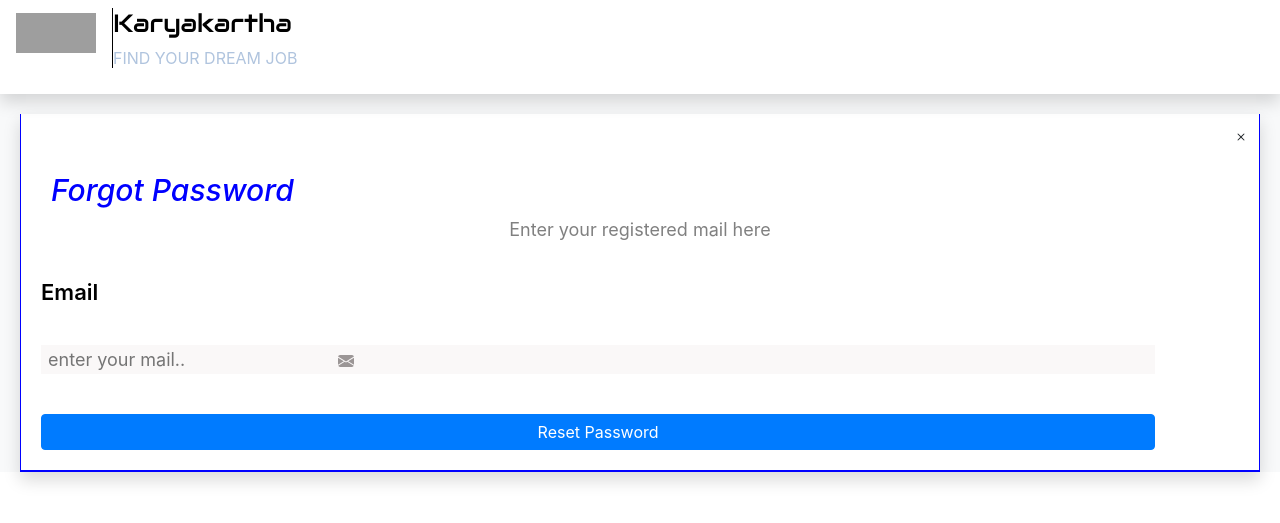
Repository: siri548/Karyakartha
Page: forgotPage.html
The author's editor kept a copy of each file at every save. The page is drawn from the files as they stood at one save, then again after the next save.
The browser window is 1280 px wide. The pictures show the whole page.
Pictures or frames that could not be fetched are drawn as grey boxes.

Above is the page before, as saved 2023-11-04 18:51:24.
Console error (its wording comes from the project's code and is left out).

After the next save:
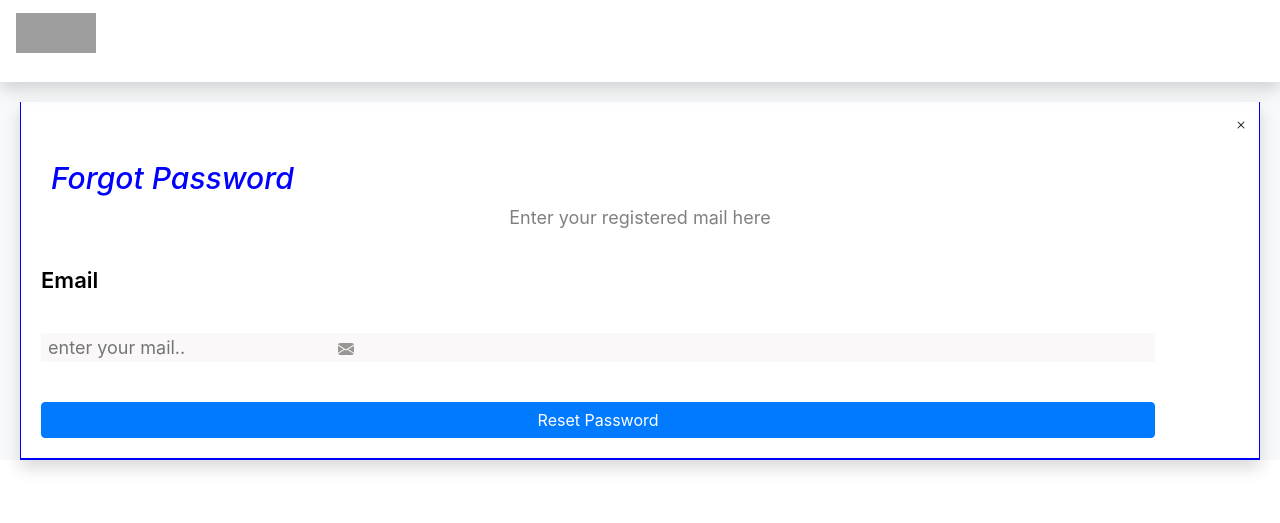
Saved 40 s later.
--- a/forgotPage.html
+++ b/forgotPage.html
@@ -26,26 +26,19 @@
 
 
                     </a>
-                </div>
-                <div class="forgotPage-verticlelineBrandname">
-                </div>
-                <div>
-                    <h1 class="karykartaname">Karyakartha </h1>
-                    <p class="karyakartha-tagline">FIND YOUR DREAM JOB</p>
-                </div>
-            </div> <button class=" navbar-toggler " type="button " data-toggle="collapse " data-target="#navbarNavAltMarkup " aria-controls="navbarNavAltMarkup " aria-expanded="false " aria-label="Toggle navigation ">
+                    <button class=" navbar-toggler " type="button " data-toggle="collapse " data-target="#navbarNavAltMarkup " aria-controls="navbarNavAltMarkup " aria-expanded="false " aria-label="Toggle navigation ">
                     <span class="navbar-toggler-icon "></span>
                     </button>
-            <div class="collapse navbar-collapse " id="navbarNavAltMarkup ">
-                <div class="navbar-nav ml-auto ">
-                    <a class="nav-link active " href="# ">
-                        <span class="sr-only "></span>
-                    </a>
-                    <a class="nav-link " href="# "></a>
-                    <a class="nav-link " href="# "></a>
-                    <a class="nav-link " href="# "></a>
-                </div>
-            </div>
+                    <div class="collapse navbar-collapse " id="navbarNavAltMarkup ">
+                        <div class="navbar-nav ml-auto ">
+                            <a class="nav-link active " href="# ">
+                                <span class="sr-only "></span>
+                            </a>
+                            <a class="nav-link " href="# "></a>
+                            <a class="nav-link " href="# "></a>
+                            <a class="nav-link " href="# "></a>
+                        </div>
+                    </div>
         </nav>
         <div class="forgotPage-card shadow">
             <div class="text-right ">
@@ -80,7 +73,7 @@
             <button class=" btn btn-primary forgotPage-resetButton">Reset Password</button>
 
         </div>
-    </div>
+        </div>
 </body>
 
 </html>
